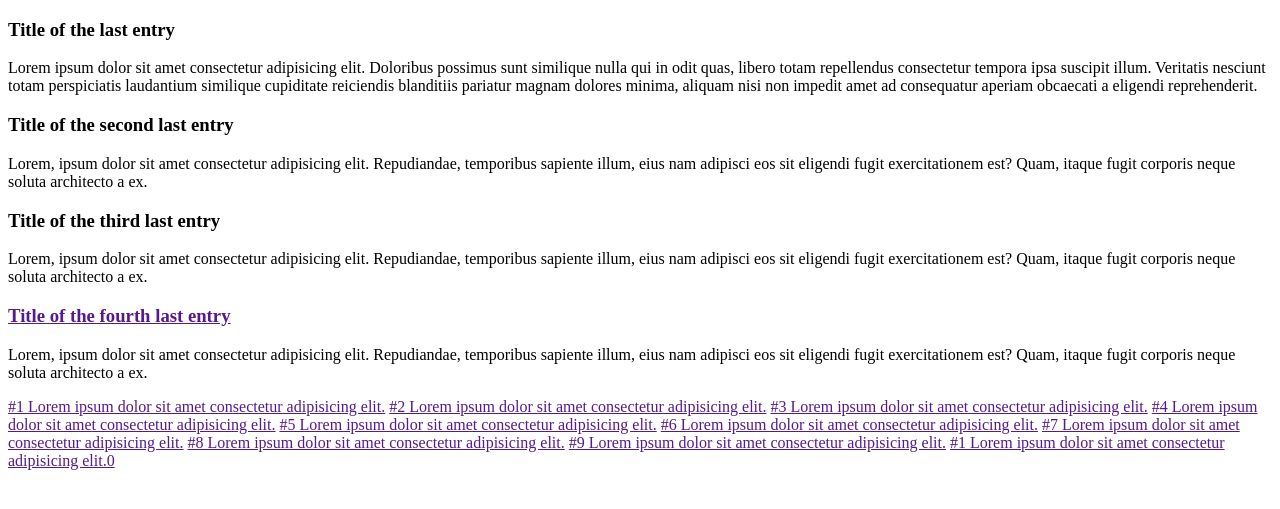
Repository: KikiMcArron/Don_Kiki_McArron
Page: index.html
An editor plug-in stored every save of this project. The page is shown before and after the next save, followed by the edit.
The browser window is 1280 px wide. The pictures show the whole page.

Above is the page before, as saved 2022-04-10 19:24:11.

### index.html
<!DOCTYPE html>
<html lang="pl">

<head>
    <meta charset="UTF-8">
    <meta http-equiv="X-UA-Compatible" content="IE=edge">
    <meta name="viewport" content="width=device-width, initial-scale=1.0">
    <title>Document</title>
</head>

<body>
    <header>
        <nav></nav>
    </header>
    <main>
        <section class="last_entrie">
            <article>
                <h3>Title of the last entry</h3>
                <p>Lorem ipsum dolor sit amet consectetur adipisicing elit. Doloribus possimus sunt similique nulla qui in odit quas, libero totam repellendus consectetur tempora ipsa suscipit illum. Veritatis nesciunt totam
                    perspiciatis laudantium similique cupiditate reiciendis blanditiis pariatur magnam dolores minima,
                    aliquam nisi non impedit amet ad consequatur aperiam obcaecati a eligendi reprehenderit.</p>

            </article>
        </section>
        <section class="prev_entries">
            <article>
                <h3>Title of the second last entry</h3>
                <p>Lorem, ipsum dolor sit amet consectetur adipisicing elit. Repudiandae, temporibus sapiente illum,
                    eius nam adipisci eos sit eligendi fugit exercitationem est? Quam, itaque fugit corporis neque
                    soluta architecto a ex.</p>
                </article>
                <article>
                    <h3>Title of the third last entry</h3>
                    <p>Lorem, ipsum dolor sit amet consectetur adipisicing elit. Repudiandae, temporibus sapiente illum,
                        eius nam adipisci eos sit eligendi fugit exercitationem est? Quam, itaque fugit corporis neque
                        soluta architecto a ex.</p>
                    </article>
                    <article>
                        <a href=""><h3>Title of the fourth last entry</h3></a>
                            <p>Lorem, ipsum dolor sit amet consectetur adipisicing elit. Repudiandae, temporibus sapiente illum,
                                eius nam adipisci eos sit eligendi fugit exercitationem est? Quam, itaque fugit corporis neque
                                soluta architecto a ex.</p>
            </article>
        </section>
        <section class="hitory_entries">
            <a href=""> #1 Lorem ipsum dolor sit amet consectetur adipisicing elit.</a>
            <a href=""> #2 Lorem ipsum dolor sit amet consectetur adipisicing elit.</a>
            <a href=""> #3 Lorem ipsum dolor sit amet consectetur adipisicing elit.</a>
            <a href=""> #4 Lorem ipsum dolor sit amet consectetur adipisicing elit.</a>
            <a href=""> #5 Lorem ipsum dolor sit amet consectetur adipisicing elit.</a>
            <a href=""> #6 Lorem ipsum dolor sit amet consectetur adipisicing elit.</a>
            <a href=""> #7 Lorem ipsum dolor sit amet consectetur adipisicing elit.</a>
            <a href=""> #8 Lorem ipsum dolor sit amet consectetur adipisicing elit.</a>
            <a href=""> #9 Lorem ipsum dolor sit amet consectetur adipisicing elit.</a>
            <a href=""> #1 Lorem ipsum dolor sit amet consectetur adipisicing elit.0</a>

        </section>
    </main>
    <aside class="notes"></aside>
    <aside class="projects"></aside>
    <footer></footer>
</body>

</html>

After the next save:
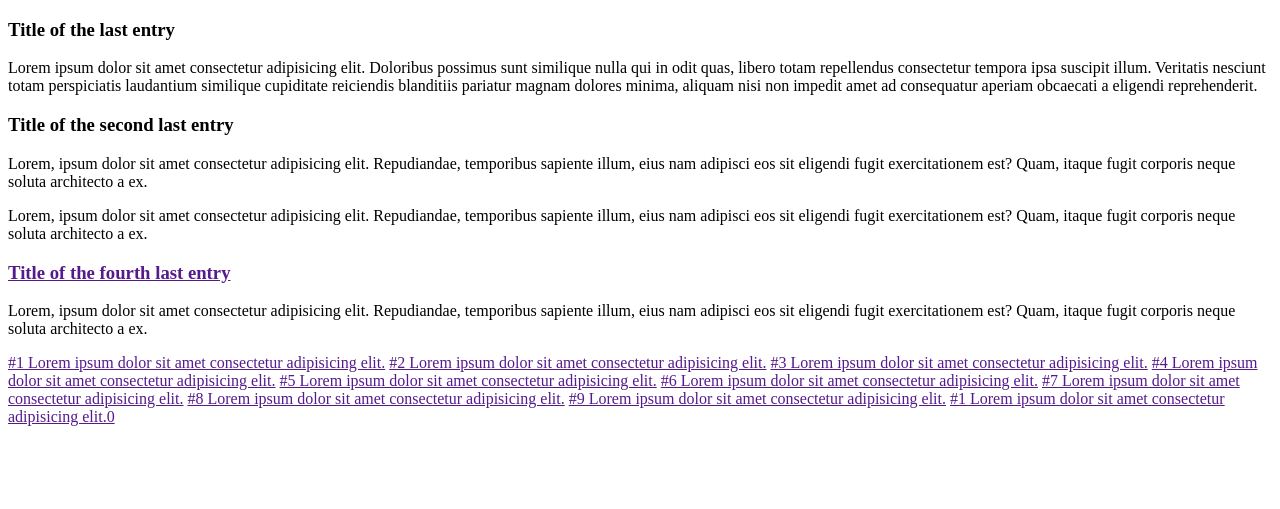
Saved 84 s later.
--- a/index.html
+++ b/index.html
@@ -30,7 +30,7 @@
                     soluta architecto a ex.</p>
                 </article>
                 <article>
-                    <h3>Title of the third last entry</h3>
+
                     <p>Lorem, ipsum dolor sit amet consectetur adipisicing elit. Repudiandae, temporibus sapiente illum,
                         eius nam adipisci eos sit eligendi fugit exercitationem est? Quam, itaque fugit corporis neque
                         soluta architecto a ex.</p>
